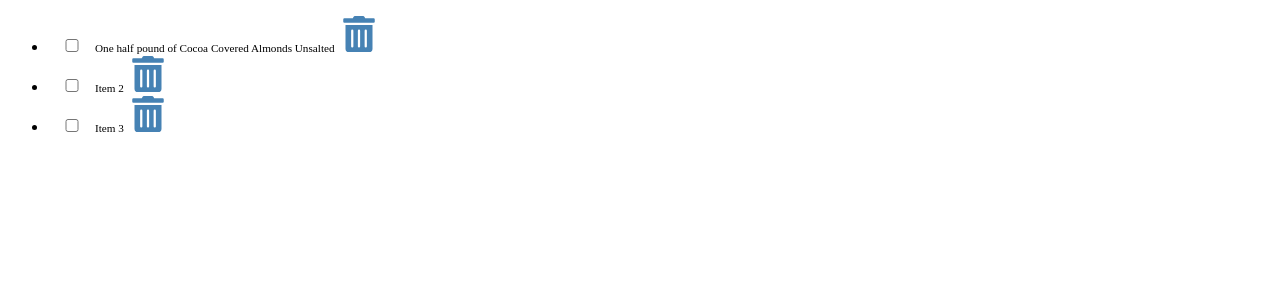
Repository: akinmiday/react-series
Page: /
These files come from the project's save history. The page is drawn as it stood at one moment and after the next save; the edit follows.
The browser window is 1280 px wide. The pictures show the whole page.
The project was rebuilt for these pictures with package versions that can differ from the ones it lists, and the page was loaded fresh each time. Also part of the build but not shown: vite.config.js, src/index.css.

Above is the page before, as saved 2023-08-21 18:02:07.

### src/App.jsx
import { useState } from 'react'
import { FaTrashAlt } from "react-icons/fa"
import './App.css'

const App = () => {

  const [items, setItems] = useState([
    {
      id: 1,
      checked: false,
      item: "One half pound of Cocoa Covered Almonds Unsalted"
    },
    {
      id: 2,
      checked: false,
      item: "Item 2"
    },
    {
      id: 3,
      checked: false,
      item: "Item 3"

    }
  ])


  return (
    <>
      <ul>
        {items.map((item) => (
          <li className='item' key={item.id} >
            <input
              type='checkbox'
              checked={item.checked}
            />
            <label>{item.item}</label>
            <FaTrashAlt
              role='button'
              tabIndex="0"
            />
          </li>
        ))}
      </ul>
    </>
  )
}

export default App

### src/App.css
.item input[type="checkbox"] {
    text-align: center;
    width:2.5rem;
}

.item input[type="checkbox"]:focus + label{
text-decoration: underline;
}

.item > label{
    font-size: 0.7rem;
    flex-grow: 1;
}

.item svg{
    width: 48px;
    min-width: 48px;
    height: 36px;
    font-size: 2px;
    color: steelblue;
    cursor: pointer;
}

.item svg:focus,
.item svg:hover{
    color: red;
    outline: none;
}

Loaded but not shown: index.html (common file); src/main.jsx (common file)

After the next save:
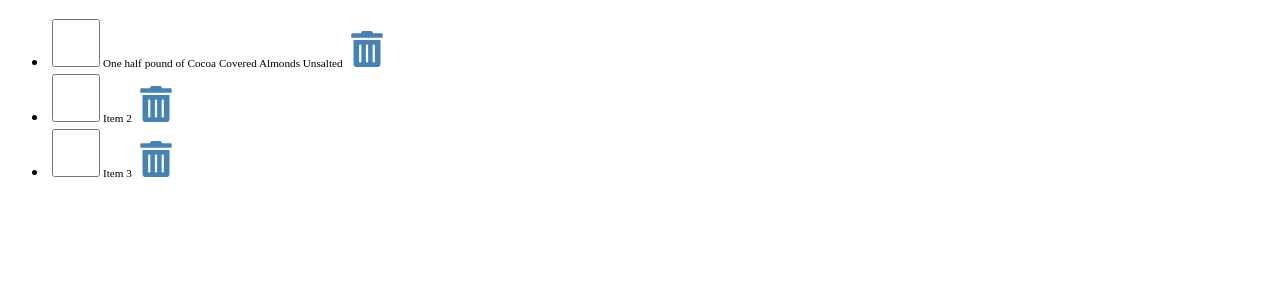
Saved 59 s later.
--- a/src/App.css
+++ b/src/App.css
@@ -1,6 +1,11 @@
 .item input[type="checkbox"] {
     text-align: center;
-    width:2.5rem;
+    width: 2.5rem;
+    width: 48px;
+    min-width: 48px;
+    height: 2.5rem;
+    min-height: 48px;
+    cursor:pointer;
 }
 
 .item input[type="checkbox"]:focus + label{
